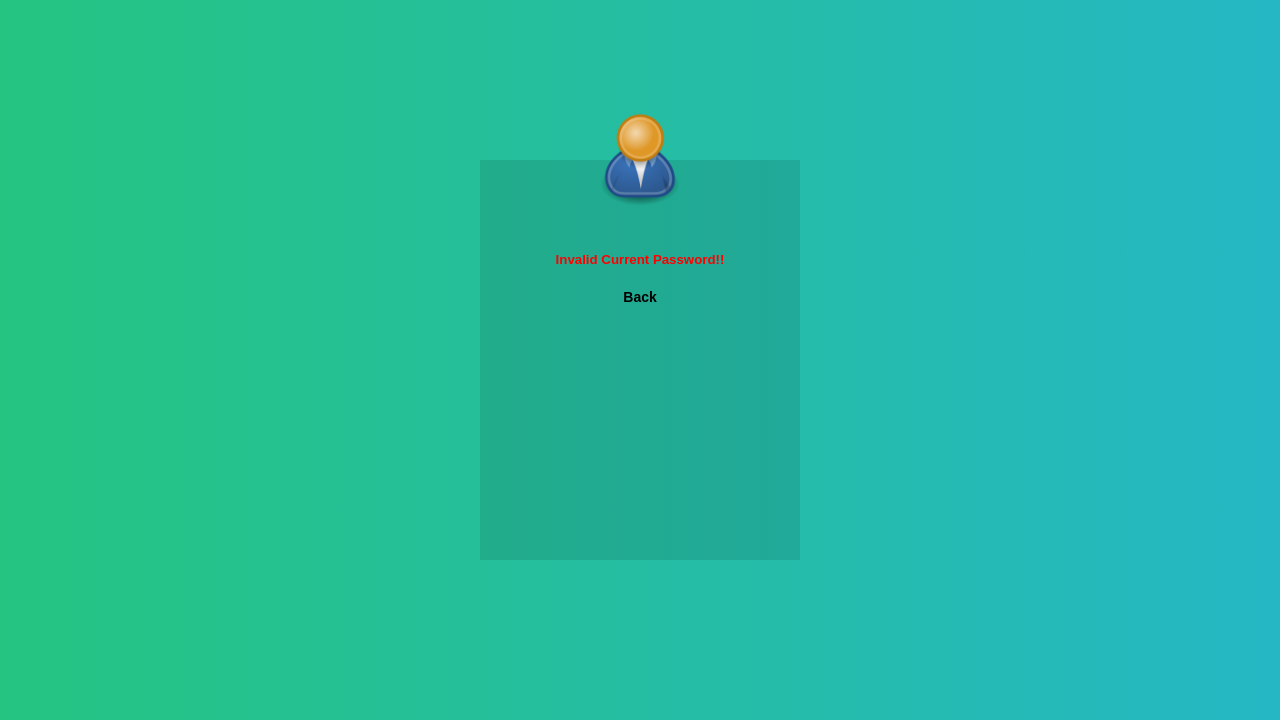
Repository: AlkaDas991/Dbms
Page: Student Record Management/WebContent/failure.html
These files come from the project's save history. The page is drawn as it stood at one moment and after the next save; the edit follows.
The browser window is 1280 px wide. The pictures show the whole page.

Above is the page before, as saved 2021-03-13 02:38:06.

After the next save:
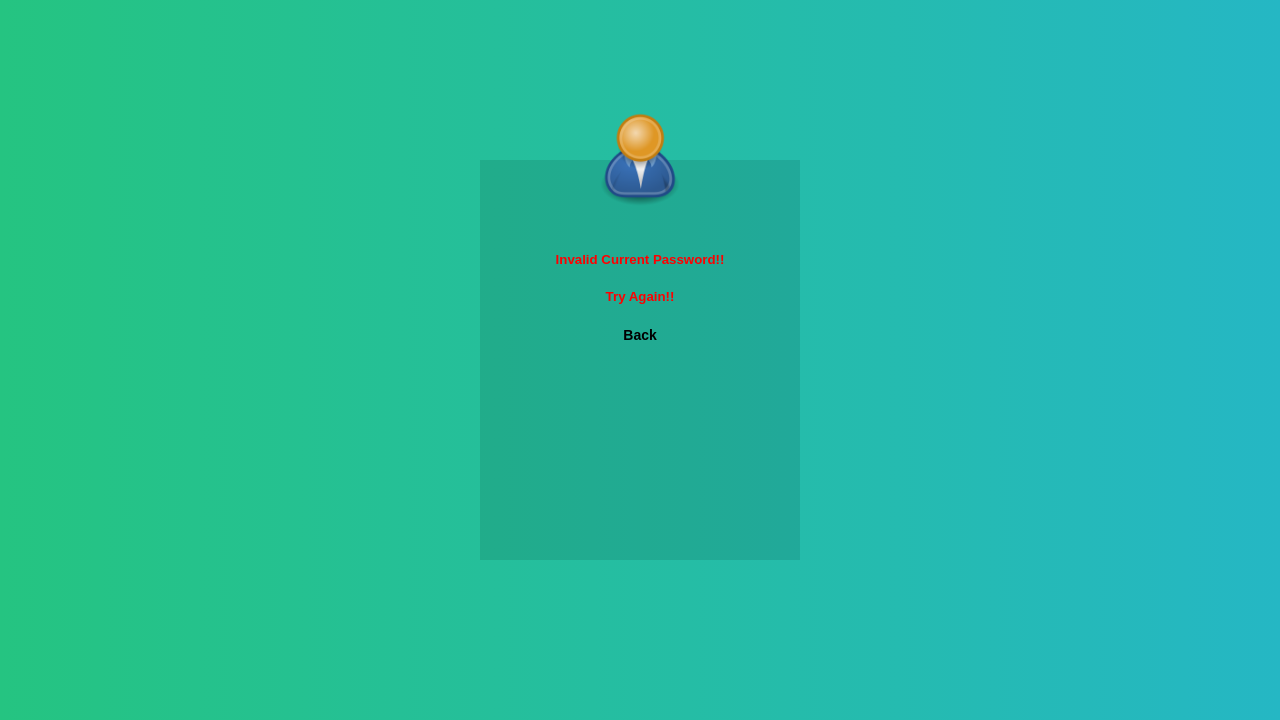
Saved 14 s later.
--- a/Student Record Management/WebContent/failure.html
+++ b/Student Record Management/WebContent/failure.html
@@ -14,6 +14,7 @@ color:red;
     <div class="login-box">
     <img src="user.png" class="avatar">
         <h5><center>Invalid Current Password!!</center></h5>
+        <h5><center>Try Again!!</center></h5>
               <center><h1><a href="studentHome.jsp">Back</a></h1></center>
         </div>
     </body>
